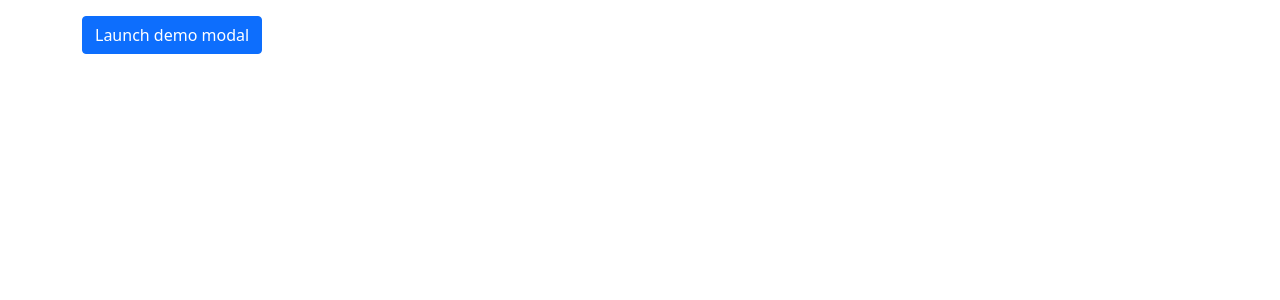
Repository: faribeiro/react-dotnetcore-efcore
Page: / (app in front/pro-atividade-app/)
The author's editor kept a copy of each file at every save. The page is drawn from the files as they stood at one save, then again after a run of saves.
The browser window is 1280 px wide. The pictures show the whole page.
The page's requests for data from a server got no answer. The project was rebuilt for these pictures with package versions that can differ from the ones it lists, and the page was loaded fresh each time. No one was signed in, and anything a server would have sent is missing. Also part of the build but not shown: front/pro-atividade-app/src/components/AtividadeForm.js, front/pro-atividade-app/src/components/Atividade.js.

Above is the page before, as saved 2023-10-24 15:09:49.

After the next 3 saves:
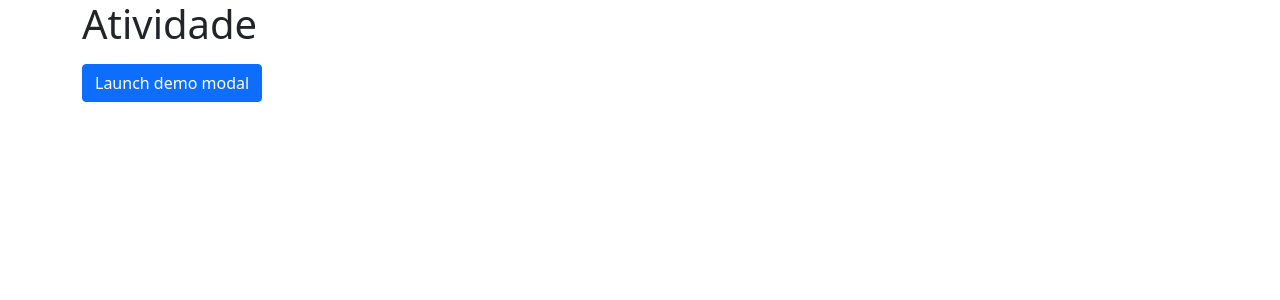
The 3 saves are shown as one change because they came seconds apart.
The last was saved 22 s later.
--- a/front/pro-atividade-app/src/App.js
+++ b/front/pro-atividade-app/src/App.js
@@ -62,8 +62,7 @@ function App() {
 
   return (
     <>
-
-
+      <h1>Atividade {atividade.id !== 0 ? atividade.id : ''}</h1>
       <AtividadeLista
         atividades={atividades}
         deletarAtividade={deletarAtividade}
